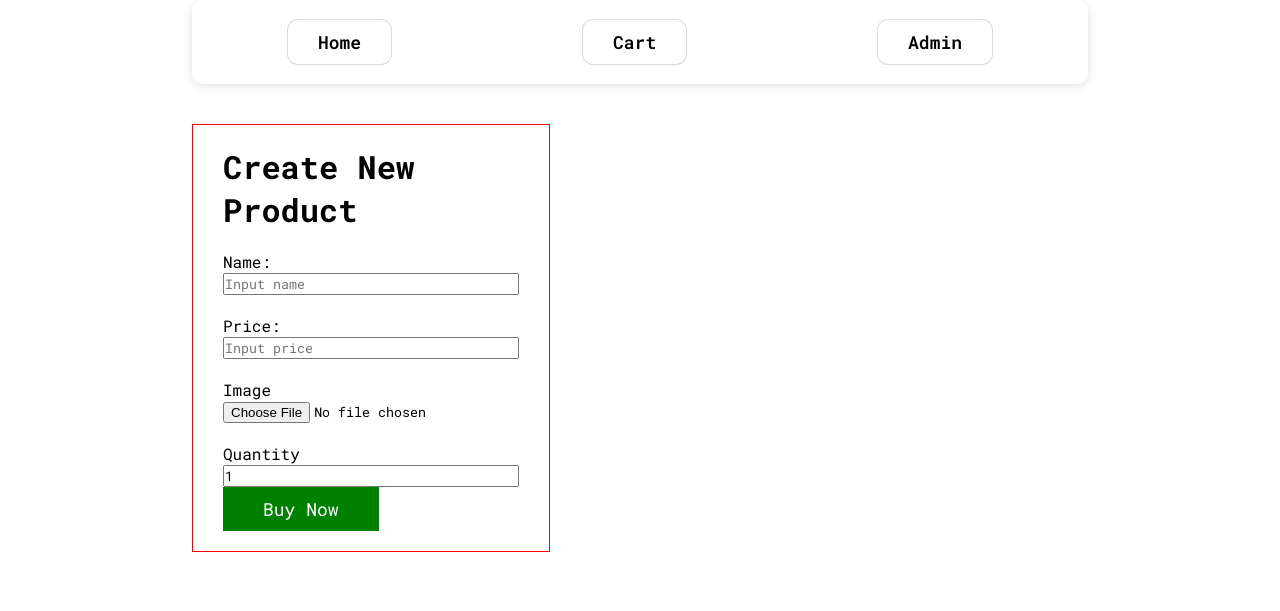
Repository: tuankiet10920/vuejs
Page: /admin
The author's editor kept a copy of each file at every save. The page is drawn from the files as they stood at one save, then again after the next save.
The browser window is 1280 px wide. The pictures show the whole page.
The project was rebuilt for these pictures with package versions that can differ from the ones it lists, and the page was loaded fresh each time. Also part of the build but not shown: vite.config.js.

Above is the page before, as saved 2024-08-26 20:00:35.

### index.html
<!DOCTYPE html>
<html lang="en">

<head>
  <meta charset="UTF-8">
  <link rel="icon" href="/favicon.ico">
  <meta name="viewport" content="width=device-width, initial-scale=1.0">
  <title>Vite App</title>
  <link rel="stylesheet"
    href="https://fonts.googleapis.com/css2?family=Material+Symbols+Outlined:opsz,wght,FILL,GRAD@24,400,0,0" />
  <link rel="preconnect" href="https://fonts.googleapis.com">
  <link rel="preconnect" href="https://fonts.gstatic.com" crossorigin>
  <link href="https://fonts.googleapis.com/css2?family=Roboto+Mono:ital,wght@0,100..700;1,100..700&display=swap"
    rel="stylesheet">
  <style>
    * {
      margin: 0;
      padding: 0;
      box-sizing: border-box;
      list-style: none;
      text-decoration: none;
      font-family: "Roboto Mono", monospace;
      font-style: normal;
    }

    body {
      width: 100%;
      display: flex;
      justify-content: center;
    }

    #app {
      width: 70%;
    }
  </style>
</head>

<body>
  <div id="app"></div>
  <script type="module" src="/src/main.js"></script>
</body>

</html>

### src/main.js
import { createApp } from 'vue'
import App from './App.vue'
import router from './router'
import lsProduct from '../public/data/lsProduct.json';

if(!localStorage.getItem('lsProduct')){
    localStorage.setItem('lsProduct', JSON.stringify(lsProduct));
}
if(!localStorage.getItem('cart')){
    let cart = [];
    localStorage.setItem('cart', JSON.stringify(cart));
}
const app = createApp(App)

app.use(router)

app.mount('#app')

### src/App.vue
<template>

  <!-- header -->
  <Header />

  <!-- pages render here -->
  <RouterView />

</template>
<script>
import { RouterLink, RouterView } from 'vue-router'
import Header from './components/header.vue'
export default {
  components: {
    Header
  }
}

</script>

### src/router/index.js
import { createRouter, createWebHistory } from 'vue-router'

const router = createRouter({
  history: createWebHistory(import.meta.env.BASE_URL),
  routes: [
    {
      path: '/',
      name: 'home',
      component: () => import('../views/HomeView.vue')
    },
    {
      path: '/admin',
      name: 'admin',
      component: () => import('../views/AdminView.vue')
    },
    {
      path: '/cart',
      name: 'cart',
      component: () => import('../views/CartView.vue')
    }
  ]
})

export default router

### public/data/lsProduct.json
[
    {
        "id" : 1,
        "name" : "Donna Born In Roma",
        "price" : 1000000,
        "image" : "product-1.webp"
    },
    {
        "id" : 2,
        "name" : "Frangipani Flower Cologne",
        "price" : 2000000,
        "image" : "product-2.webp"
    },
    {
        "id" : 3,
        "name" : "Glossier You Eau",
        "price" : 3000000,
        "image" : "product-3.webp"
    },
    {
        "id" : 4,
        "name" : "Mini Cheirosa",
        "price" : 4000000,
        "image" : "product-4.webp"
    }
]

### src/components/header.vue
<template>
    <div class="header">
        <ul>
            <li>
                <RouterLink to="/">Home</RouterLink>
            </li>
            <li>
                <RouterLink to="/cart">Cart</RouterLink>
            </li>
            <li>
                <RouterLink to="/admin">Admin</RouterLink>
            </li>
        </ul>
    </div>
</template>

<script>
export default {

}
</script>

<style>
.header {
    width: 100%;
    padding: 20px 0px;
    border-radius: 10px;
    box-shadow: rgba(99, 99, 99, 0.2) 0px 2px 8px 0px;
    margin-bottom: 40px;
}

.header ul {
    display: flex;
    justify-content: space-around;
    width: 100%;
}

.header ul li {
    box-shadow: rgba(0, 0, 0, 0.02) 0px 1px 3px 0px, rgba(27, 31, 35, 0.15) 0px 0px 0px 1px;
    padding: 10px 30px;
    border-radius: 10px;
    transition: all .3s ease-in-out;
}

.header ul li a {
    color: #000;
    font-size: 18px;
    font-weight: 600;
}

.header ul li:hover {
    box-shadow: rgba(50, 50, 93, 0.25) 0px 30px 60px -12px inset, rgba(0, 0, 0, 0.3) 0px 18px 36px -18px inset;
    border-radius: 0px;
}

.header ul li:hover a {
    color: #fff;
}
</style>

### src/views/AdminView.vue
<template>
  <Form />
</template>
<script>
import Form from '../components/form.vue'
export default {
  components: {
    Form
  }
}
</script>

### src/components/form.vue
<template>
    <div class="form">
        <h1>Create New Product</h1>
        <div class="form-group">
            <label for="name">Name: </label><br>
            <input type="text" name="name" id="name" placeholder="Input name">
        </div>
        <div class="form-group">
            <label for="price">Price: </label><br>
            <input type="number" name="price" id="price" placeholder="Input price">
        </div>
        <div class="form-group">
            <label for="image">Image</label><br>
            <input type="file" name="image" id="image" placeholder="Input image">
        </div>
        <div class="form-group">
            <label for="qty">Quantity</label><br>
            <input type="number" name="qty" id="qty" value="1" placeholder="Input quantity">
        </div>
        <Button class="button-form" />
    </div>
</template>

<script>
import Button from './button.vue'


export default {
    components: {
        Button
    }
}
</script>

<style>
.form {
    width: 40%;
    min-width: 40%;
    border: 1px solid red;
    padding: 20px 30px;
}

.form-group {
    width: 100%;
    margin-top: 20px;
}

.form-group input {
    width: 100%;
}
</style>

### src/components/button.vue
<template>
    <button type="button" class="button-component">
        Buy Now
    </button>
</template>

<style scoped>
.button-component {
    border: none;
    background: green;
    color: #fff;
    font-size: 18px;
    padding: 10px 40px;
    transition: all .3s ease-in-out;
    width: fit-content;
}

.button-component:hover {
    background: brown;
    border-radius: 20px;
}
</style>

After the next save:
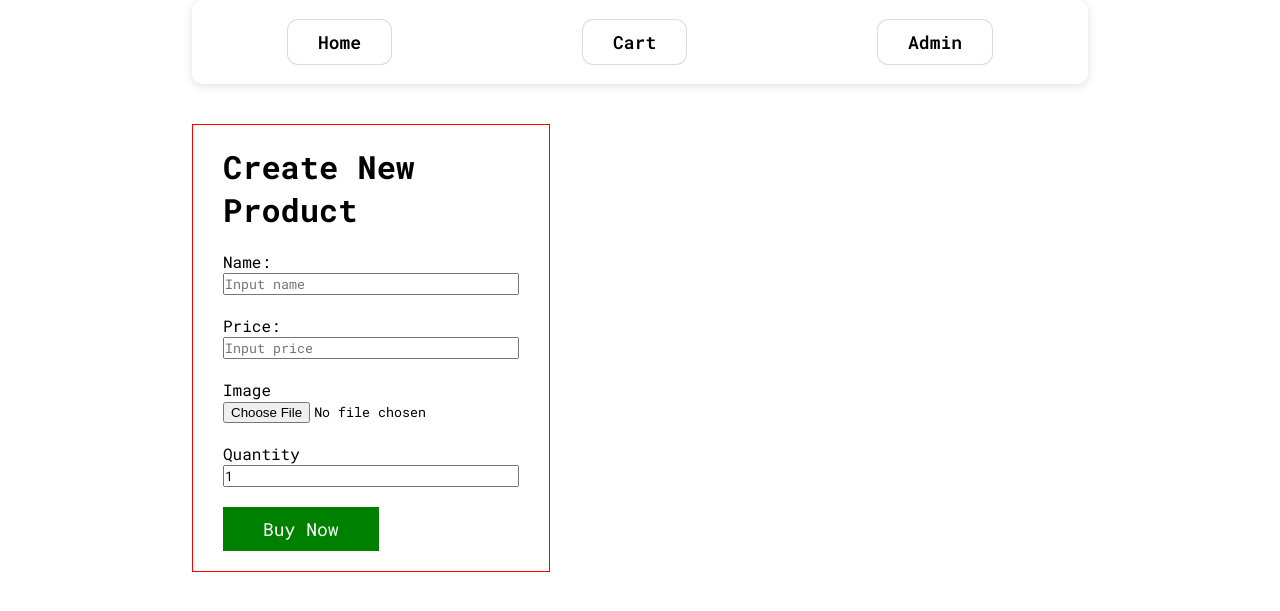
Saved 11 s later.
--- a/src/components/form.vue
+++ b/src/components/form.vue
@@ -48,4 +48,8 @@ export default {
 .form-group input {
     width: 100%;
 }
+
+.button-form {
+    margin-top: 20px;
+}
 </style>
